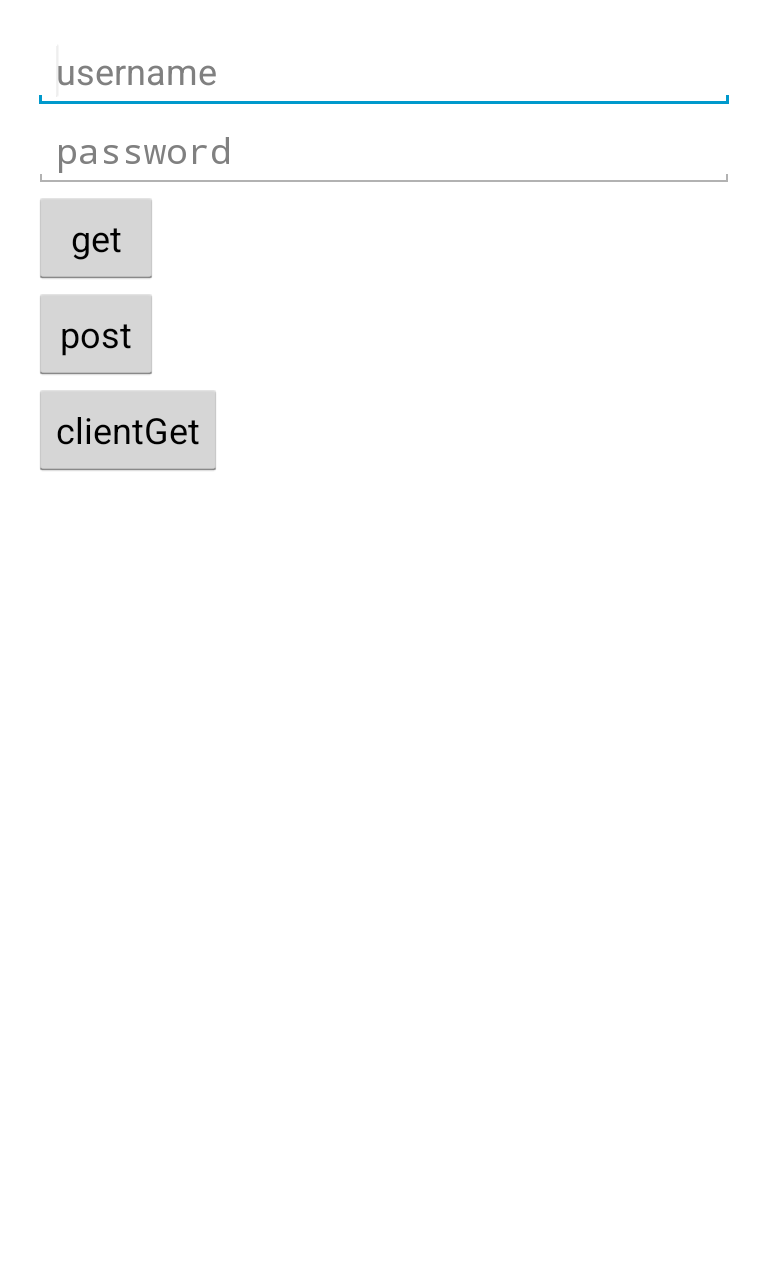
Repository: DongHuaLu/android
Layout: 18Get/res/layout/activity_main.xml
These files come from the project's save history. The layout is drawn as it stood at one moment and after the next save; the edit follows.
It is drawn on a 768 x 1280 px phone screen (xhdpi) without system bars, with theme AppTheme; the app's code is not run.

Above is the layout before, as saved 2013-08-26 09:01:13.

### 18Get/res/layout/activity_main.xml
<LinearLayout xmlns:android="http://schemas.android.com/apk/res/android"
    xmlns:tools="http://schemas.android.com/tools"
    android:layout_width="match_parent"
    android:layout_height="match_parent"
    android:orientation="vertical"
    android:paddingBottom="@dimen/activity_vertical_margin"
    android:paddingLeft="@dimen/activity_horizontal_margin"
    android:paddingRight="@dimen/activity_horizontal_margin"
    android:paddingTop="@dimen/activity_vertical_margin"
    tools:context=".MainActivity" >

    <EditText
        android:id="@+id/et1"
        android:layout_width="match_parent"
        android:layout_height="wrap_content"
        android:ems="10"
        android:hint="username" >

        <requestFocus />
    </EditText>

    <EditText
        android:id="@+id/et2"
        android:layout_width="match_parent"
        android:layout_height="wrap_content"
        android:ems="10"
        android:hint="password"
        android:inputType="textPassword" />

    <Button
        android:layout_width="wrap_content"
        android:layout_height="wrap_content"
        android:onClick="clickGet"
        android:text="get" />

    <Button
        android:layout_width="wrap_content"
        android:layout_height="wrap_content"
        android:onClick="clickPost"
        android:text="post" />

    <Button
        android:layout_width="wrap_content"
        android:layout_height="wrap_content"
        android:onClick="clientClickGet"
        android:text="clientGet" />

</LinearLayout>

Loaded but not shown: 18Get/res/values/styles.xml (common file); 18Get/res/values-v11/styles.xml (common file); 18Get/res/values-v14/styles.xml (common file); 18Get/res/values/dimens.xml (common file)

After the next save:
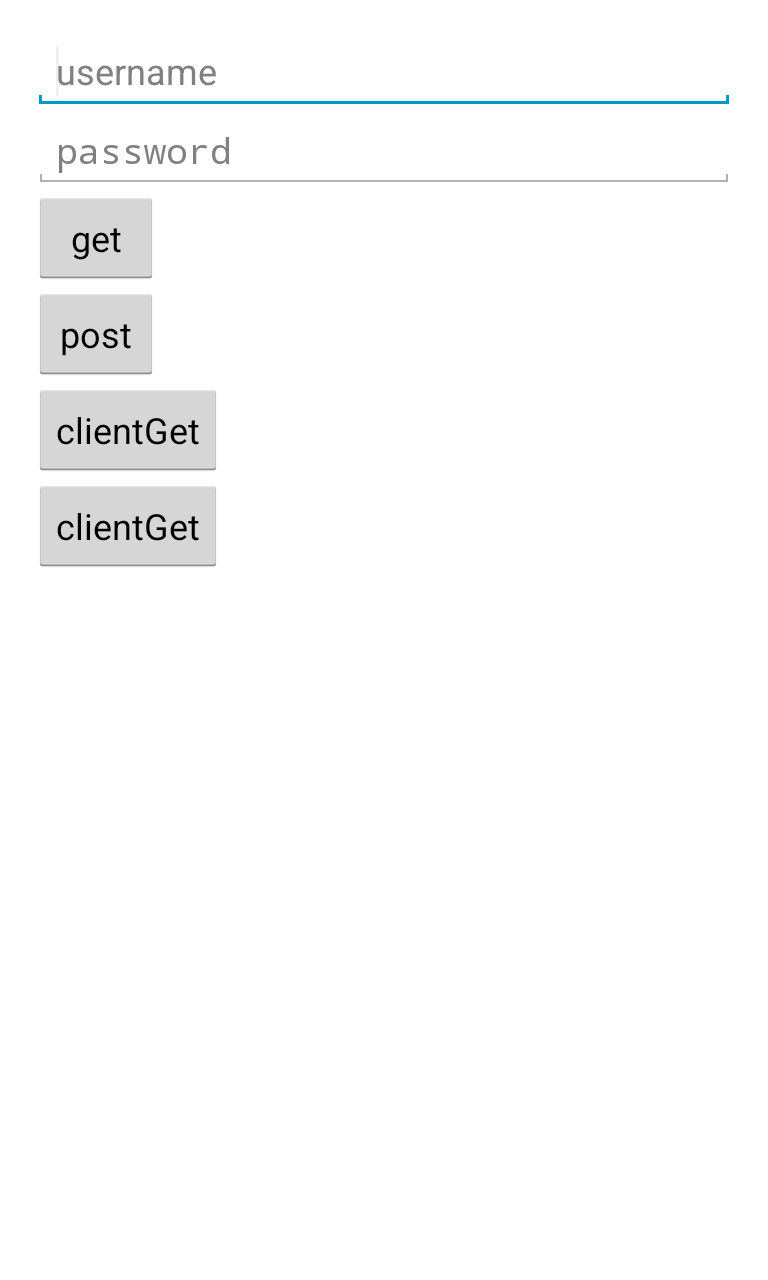
Saved 19 s later.
--- a/18Get/res/layout/activity_main.xml
+++ b/18Get/res/layout/activity_main.xml
@@ -45,4 +45,10 @@
         android:onClick="clientClickGet"
         android:text="clientGet" />
 
+    <Button
+        android:layout_width="wrap_content"
+        android:layout_height="wrap_content"
+        android:onClick="clientClickGet"
+        android:text="clientGet" />
+
 </LinearLayout>
